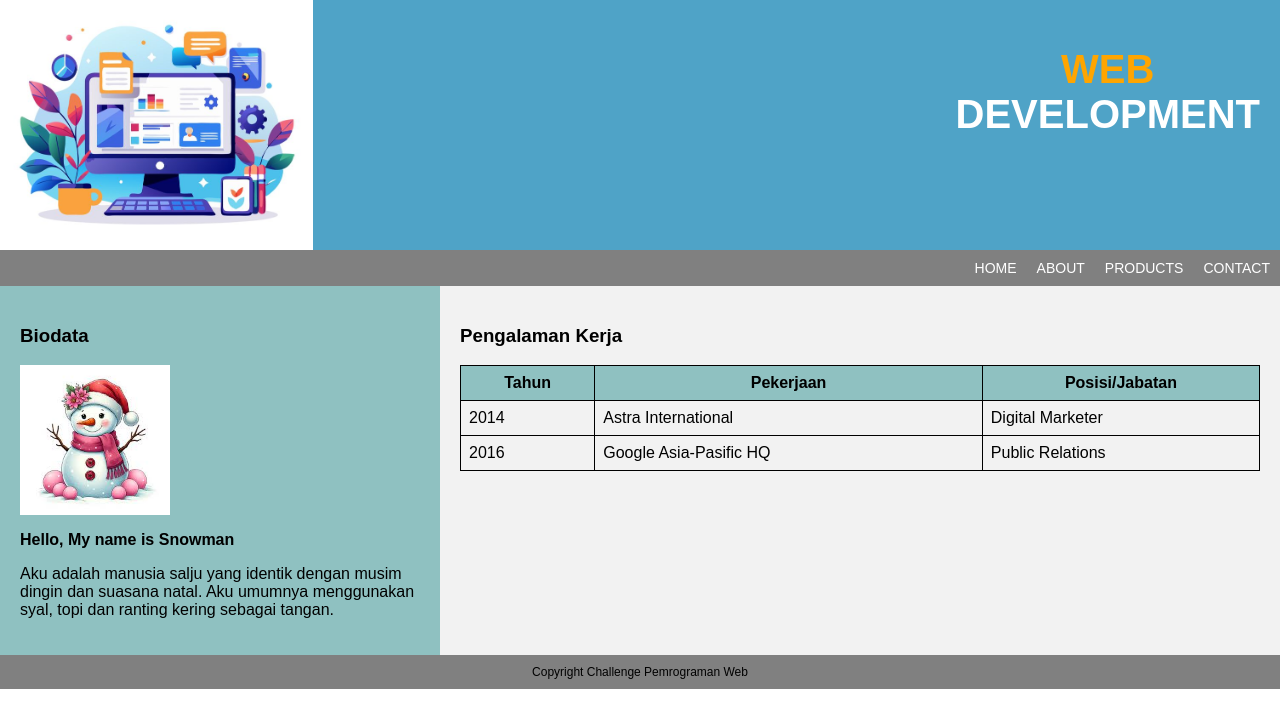
Repository: razitazhr/Pertemuan-6_24.116194
Page: Pertemuan 5/Challenge 5.html
The author's editor kept a copy of each file at every save. The page is drawn from the files as they stood at one save, then again after the next save.
The browser window is 1280 px wide. The pictures show the whole page.

Above is the page before, as saved 2026-05-03 22:22:11.

### Pertemuan 5/Challenge 5.html
<!DOCTYPE html>
<html lang="en">
<head>
    <meta charset="UTF-8">
    <meta name="viewport" content="width=device-width, initial-scale=1.0">
    <title>Challenge 5_24.11.6194</title>
    <link rel="stylesheet" href="style.css">
</head>
<body>
    <div class="header">
        <div class="header">
            <div class="overlay">
                <h1><span>WEB</span>
                    <br>DEVELOPMENT</h1>
            </div>
        </div>
    </div>
    <div class="navbar">
        <a href="#">HOME</a>
        <a href="#">ABOUT</a>
        <a href="#">PRODUCTS</a>
        <a href="#">CONTACT</a>
    </div>
    <div class="container">
        <div class="biodata">
            <h3>Biodata</h3>
            <img src="snowman.jpg" alt="">
            <p><b>Hello, My name is Snowman</b></p>
            <p>Aku adalah manusia salju yang identik dengan musim dingin dan suasana natal. Aku umumnya menggunakan syal, topi dan ranting kering sebagai tangan.</p>
        </div>
        <div class="pengalaman">
        <h3>Pengalaman Kerja</h3>
        <table>
            <tr>
                <th>Tahun</th>
                <th>Pekerjaan</th>
                <th>Posisi/Jabatan</th>
            </tr>
            <tr>
                <td>2014</td>
                <td>Astra International</td>
                <td>Digital Marketer</td>
            </tr>
            <tr>
                <td>2016</td>
                <td>Google Asia-Pasific HQ</td>
                <td>Public Relations</td>
            </tr>
        </table>
    </div>
    </div>
    <div class="footer">
        Copyright Challenge Pemrograman Web
    </div>
</body>
</html>

### Pertemuan 5/Style.CSS
body {
    margin: 0;
    font-family: Arial;
}
.header {
    background-image: url('banner.jpg');
    background-size: contain;
    background-position: left;
    background-repeat: no-repeat;
    background-color: #4fa3c7;
    height: 250px;
    position: relative;
}
.overlay {
    background: rgba(0, 0, 0, 0, 3);
    height: 100%;
    display: flex;
    align-items: flex-start;
    justify-content: flex-end;
    padding: 20px;
}
.header h1 {
    color: white;
    font-size: 40px;
    text-align: center;
}
.header span {
    color: orange;
}
.navbar {
    display: flex;
    justify-content: flex-end;
    background: gray;
    padding: 10px;
}
.navbar a {
    color: white;
    text-decoration: none;
    margin-left: 20px;
    font-size: 14px;
}
.container {
    display: flex;
    min-height: 300px;
}
.biodata {
    flex: 1;
    background: #8fc1c1;
    padding: 20px;
}
.biodata img {
    width: 150px;
    display: block;
    margin-bottom: 10px;
}
.pengalaman {
    flex: 2;
    background: #f2f2f2;
    padding: 20px;
}
table {
    width: 100%;
    border-collapse: collapse;
}
th {
    background: #8fc1c1;
}
table, th, td {
    border: 1px solid black;
    padding: 8px;
}
.footer {
    background: gray;
    text-align: center;
    padding: 10px;
    font-size: 12px;
}

After the next save:
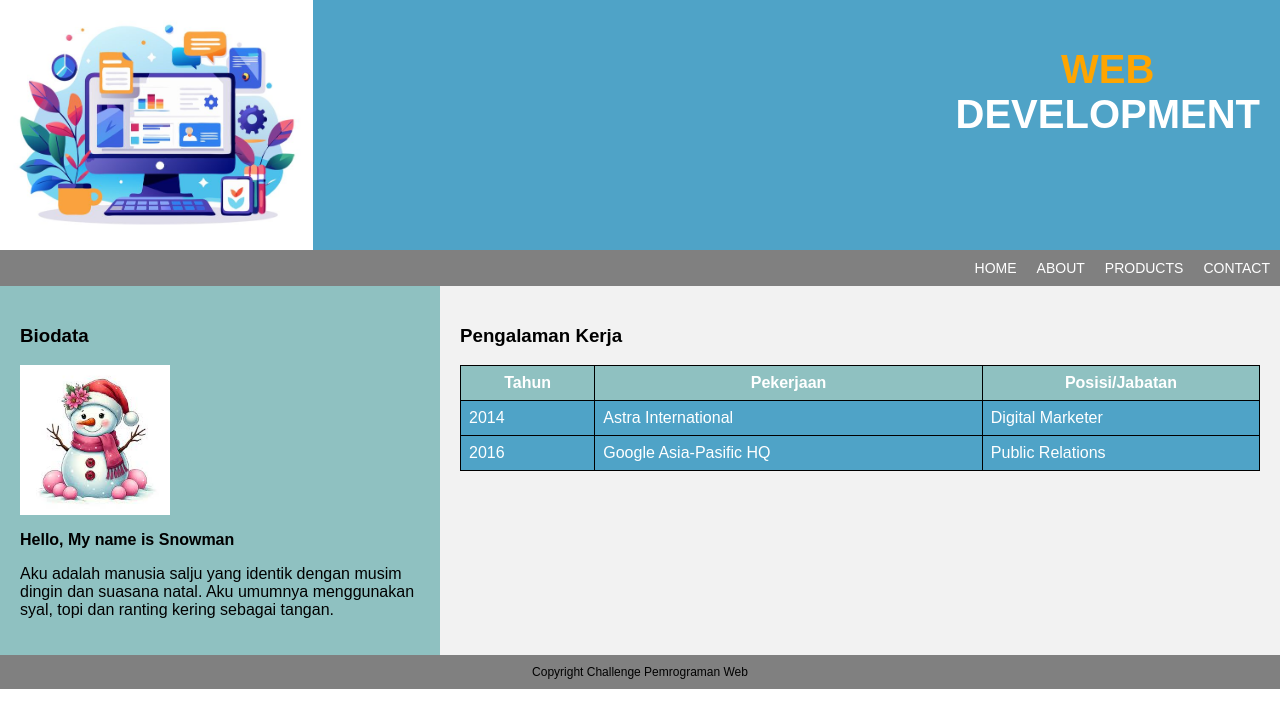
Saved 4 min 4 s later.
--- a/Pertemuan 5/Style.CSS
+++ b/Pertemuan 5/Style.CSS
@@ -65,9 +65,15 @@ table {
 th {
     background: #8fc1c1;
 }
-table, th, td {
+table {
+    width: 100%;
+    border-collapse: collapse;
+    background-color: #4fa3c7
+}
+th, td {
     border: 1px solid black;
     padding: 8px;
+    color: white;
 }
 .footer {
     background: gray;
